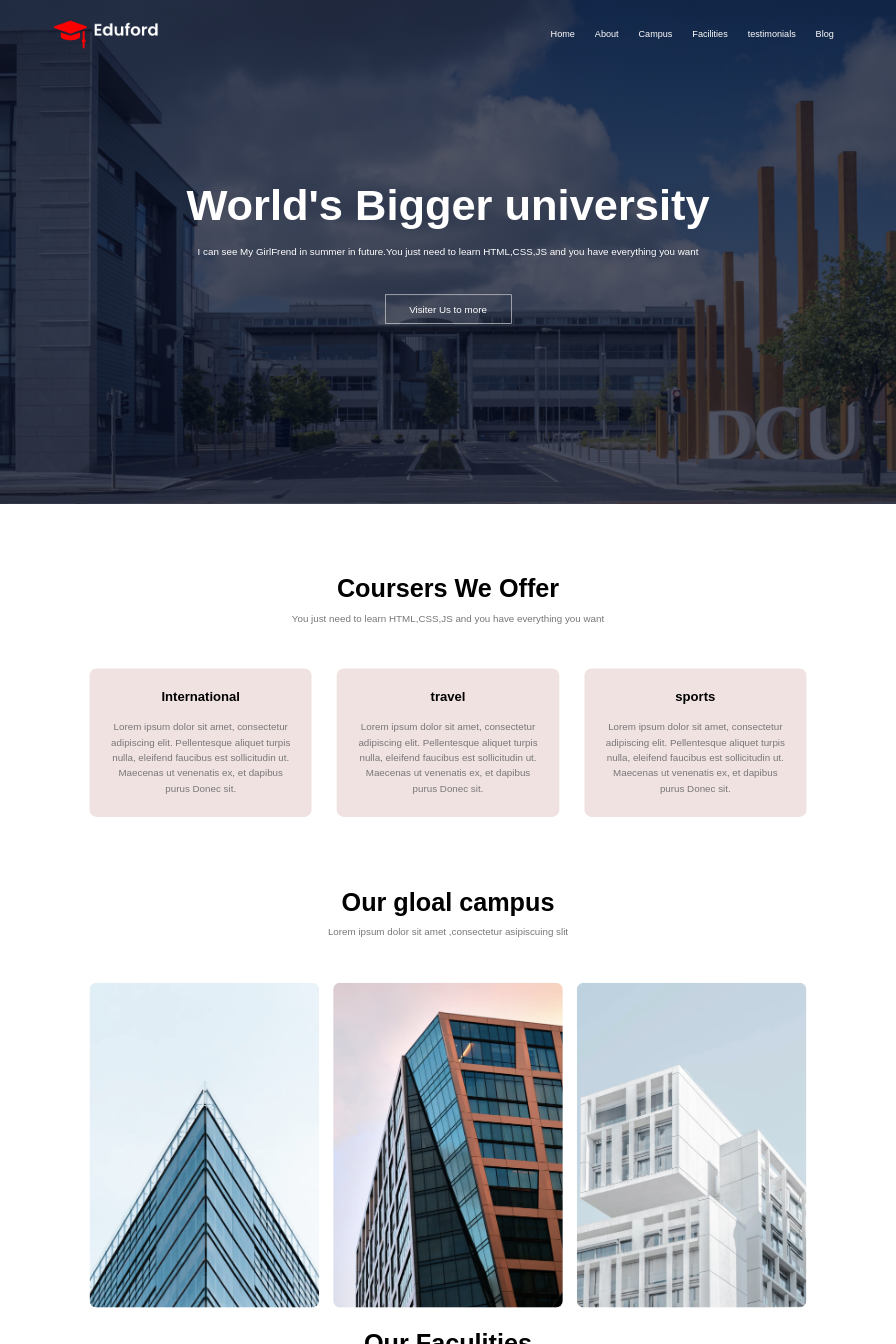
Repository: haotran21/Unviversity
Page: index.html
The author's editor kept a copy of each file at every save. The page is drawn from the files as they stood at one save, then again after the next save.
The browser window is 1280 px wide. The pictures show the part of the page from y = 0 to 1920 px (the page is 3793 px tall), at 70% of full size.

Above is the page before, as saved 2022-06-18 16:40:19.
Not found: style.css

After the next save:
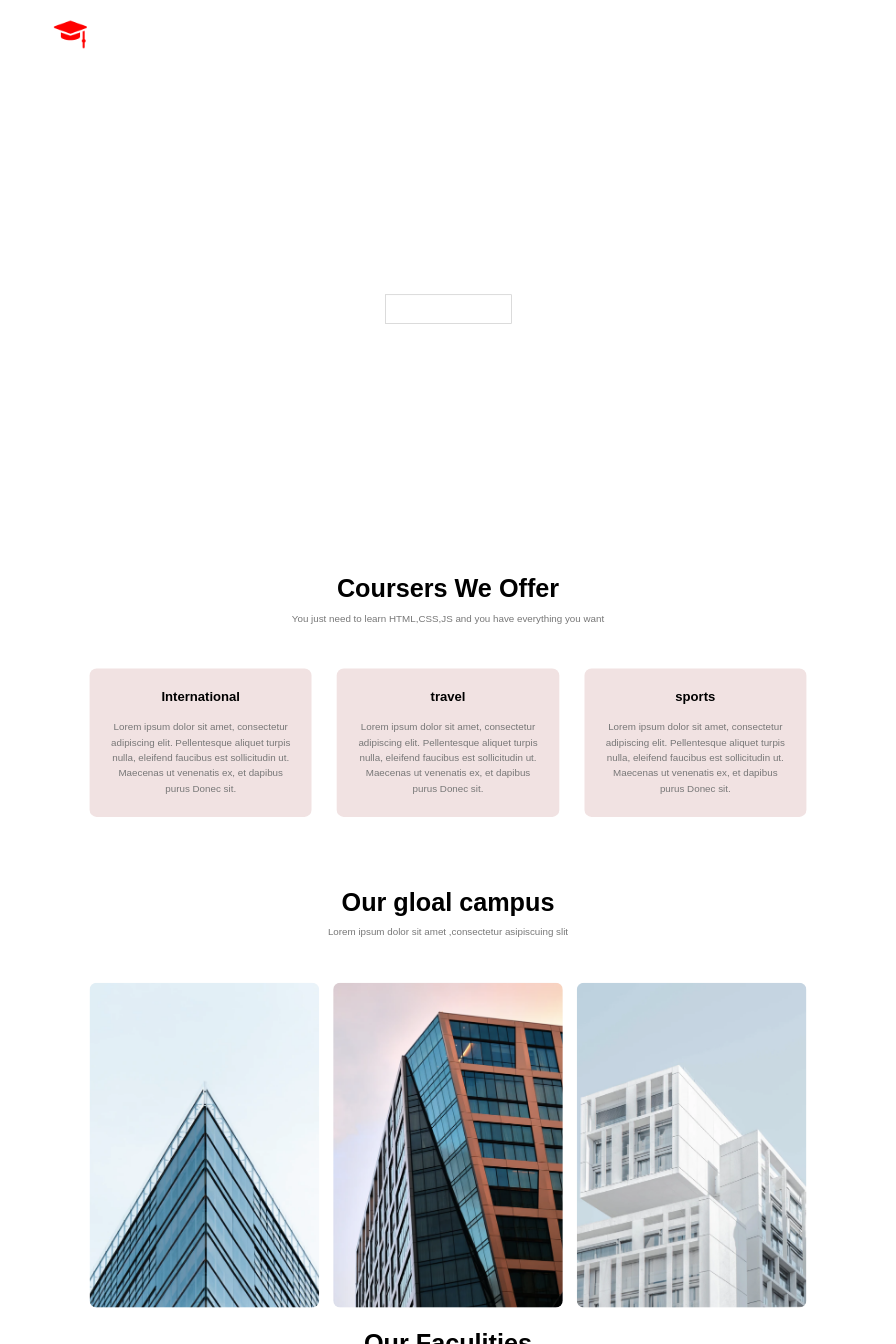
Saved 13 days later.
--- a/main.css
+++ b/main.css
@@ -8,8 +8,6 @@
 .heading{
     min-height: 100vh;
     width: 100%;
-    background-image: linear-gradient(rgba(4,9,30,0.7),rgba(4,9,30,0.7)),
-    url(./img/eduford_img/eduford_img/banner.png);
     background-size: cover ;
     background-position: center;
     position: relative;

After the save that followed:
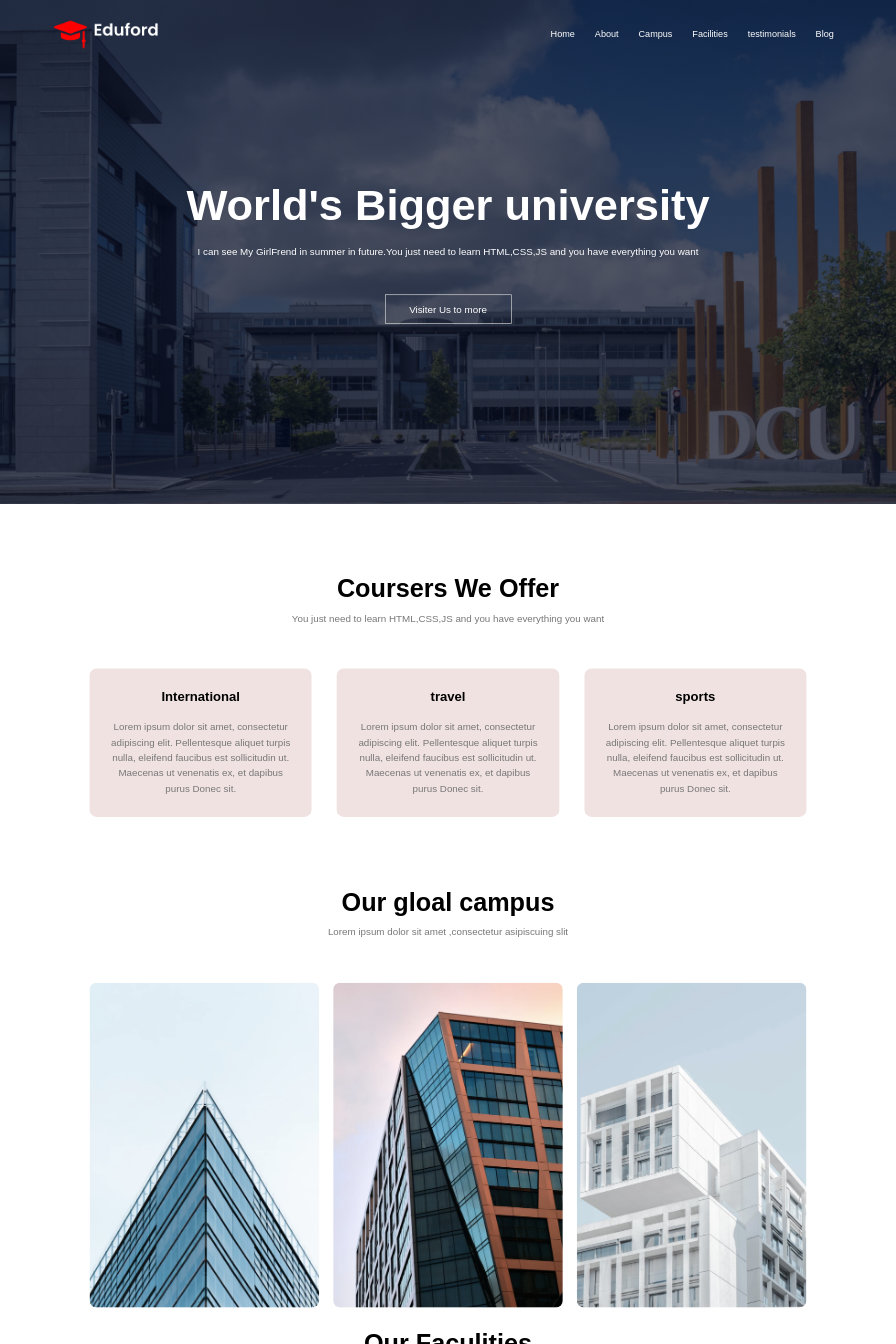
Saved 3 min 21 s later.
--- a/main.css
+++ b/main.css
@@ -8,6 +8,8 @@
 .heading{
     min-height: 100vh;
     width: 100%;
+    background-image: linear-gradient(rgba(4,9,30,0.7),rgba(4,9,30,0.7)),
+    url(./img/eduford_img/eduford_img/banner.png);
     background-size: cover ;
     background-position: center;
     position: relative;
